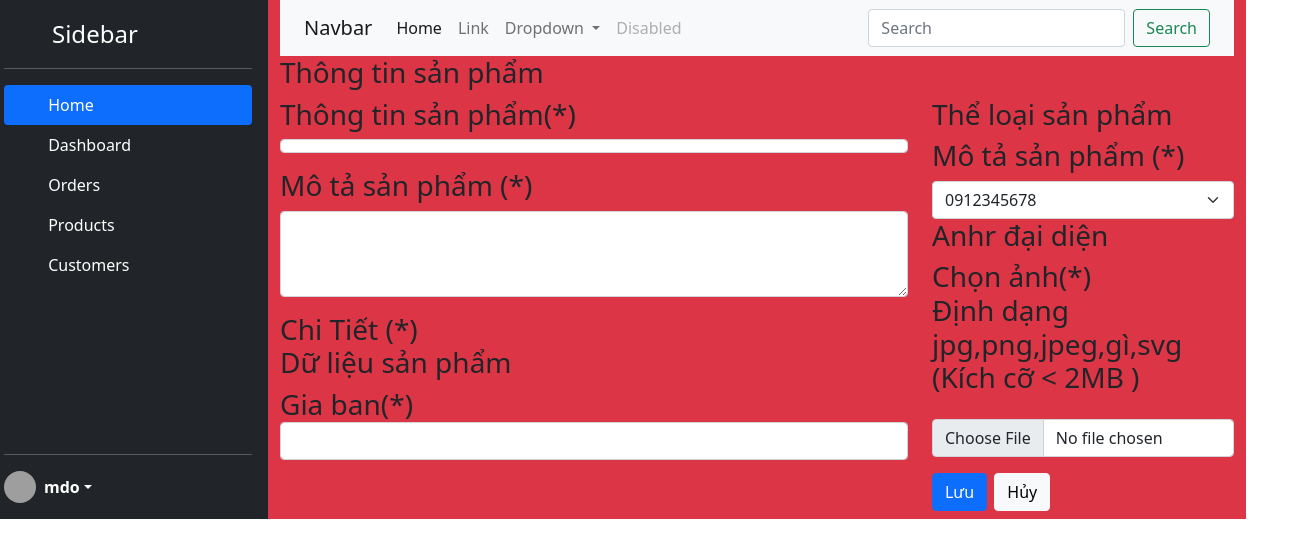
Repository: Lehuyhuynh/BT12-BOOTSTRAP
Page: index.html
The author's editor kept a copy of each file at every save. The page is drawn from the files as they stood at one save, then again after the next save.
The browser window is 1280 px wide. The page is 1292 px wide, so the pictures cover 1292 px, including what lies to the right of the window. The pictures show the whole page.
Pictures or frames that could not be fetched are drawn as grey boxes.

Above is the page before, as saved 2023-08-19 22:56:12.

### index.html
<!DOCTYPE html>
<html lang="en">
<head>
  <link href="https://cdn.jsdelivr.net/npm/bootstrap@5.1.3/dist/css/bootstrap.min.css" rel="stylesheet" integrity="sha384-1BmE4kWBq78iYhFldvKuhfTAU6auU8tT94WrHftjDbrCEXSU1oBoqyl2QvZ6jIW3" crossorigin="anonymous">
  <meta charset="UTF-8">
  <meta name="viewport" content="width=device-width, initial-scale=1.0">
  <title>BT2</title>
</head>
<body>
  <div class="row">
    <div class=" col-3 d-flex flex-column flex-shrink-0 p-3 text-white bg-dark rounded-lg" style="width: 280px;">
      <a href="/" class="d-flex align-items-center mb-3 mb-md-0 me-md-auto text-white text-decoration-none">
        <svg class="bi me-2" width="40" height="32"><use xlink:href="#bootstrap"></use></svg>
        <span class="fs-4">Sidebar</span>
      </a>
      <hr>
      <ul class="nav nav-pills flex-column mb-auto">
        <li class="nav-item">
          <a href="#" class="nav-link active" aria-current="page">
            <svg class="bi me-2" width="16" height="16"><use xlink:href="#home"></use></svg>
            Home
          </a>
        </li>
        <li>
          <a href="#" class="nav-link text-white">
            <svg class="bi me-2" width="16" height="16"><use xlink:href="#speedometer2"></use></svg>
            Dashboard
          </a>
        </li>
        <li>
          <a href="#" class="nav-link text-white">
            <svg class="bi me-2" width="16" height="16"><use xlink:href="#table"></use></svg>
            Orders
          </a>
        </li>
        <li>
          <a href="#" class="nav-link text-white">
            <svg class="bi me-2" width="16" height="16"><use xlink:href="#grid"></use></svg>
            Products
          </a>
        </li>
        <li>
          <a href="#" class="nav-link text-white">
            <svg class="bi me-2" width="16" height="16"><use xlink:href="#people-circle"></use></svg>
            Customers
          </a>
        </li>
      </ul>
      <hr>
      <div class="dropdown">
        <a href="#" class="d-flex align-items-center text-white text-decoration-none dropdown-toggle" id="dropdownUser1" data-bs-toggle="dropdown" aria-expanded="false">
          <img src="https://github.com/mdo.png" alt="" width="32" height="32" class="rounded-circle me-2">
          <strong>mdo</strong>
        </a>
        <ul class="dropdown-menu dropdown-menu-dark text-small shadow" aria-labelledby="dropdownUser1" style="">
          <li><a class="dropdown-item" href="#">New project...</a></li>
          <li><a class="dropdown-item" href="#">Settings</a></li>
          <li><a class="dropdown-item" href="#">Profile</a></li>
          <li><hr class="dropdown-divider"></li>
          <li><a class="dropdown-item" href="#">Sign out</a></li>
        </ul>
      </div>
    </div>
    <div class="main-content bg-danger col-9" >
      <nav class="navbar navbar-expand-lg navbar-light bg-light">
        <div class="container-fluid">
          <a class="navbar-brand" href="#">Navbar</a>
          <button class="navbar-toggler" type="button" data-bs-toggle="collapse" data-bs-target="#navbarSupportedContent" aria-controls="navbarSupportedContent" aria-expanded="false" aria-label="Toggle navigation">
            <span class="navbar-toggler-icon"></span>
          </button>
          <div class="collapse navbar-collapse" id="navbarSupportedContent">
            <ul class="navbar-nav me-auto mb-2 mb-lg-0">
              <li class="nav-item">
                <a class="nav-link active" aria-current="page" href="#">Home</a>
              </li>
              <li class="nav-item">
                <a class="nav-link" href="#">Link</a>
              </li>
              <li class="nav-item dropdown">
                <a class="nav-link dropdown-toggle" href="#" id="navbarDropdown" role="button" data-bs-toggle="dropdown" aria-expanded="false">
                  Dropdown
                </a>
                <ul class="dropdown-menu" aria-labelledby="navbarDropdown">
                  <li><a class="dropdown-item" href="#">Action</a></li>
                  <li><a class="dropdown-item" href="#">Another action</a></li>
                  <li><hr class="dropdown-divider"></li>
                  <li><a class="dropdown-item" href="#">Something else here</a></li>
                </ul>
              </li>
              <li class="nav-item">
                <a class="nav-link disabled" href="#" tabindex="-1" aria-disabled="true">Disabled</a>
              </li>
            </ul>
            <form class="d-flex">
              <input class="form-control me-2" type="search" placeholder="Search" aria-label="Search">
              <button class="btn btn-outline-success" type="submit">Search</button>
            </form>
          </div>
        </div>
      </nav>
      <div class="row">

        <h3>Thông tin sản phẩm<h3>

          <div class="row">
            <div class="more col-8">

              <div class="product">

                <div class="mb-3">
                  <label for="information" class="form-label">Thông tin sản phẩm(*)</label>
                  <table class="form-control" id="information" name="information" rows="3"></table>
                </div>

                <div class="mb-3">
                  <label for="exampleFormControlTextarea1" class="form-label">Mô tả sản phẩm (*)</label>
                  <textarea class="form-control" id="exampleFormControlTextarea1" rows="3"></textarea>
                </div>

                <span>Chi Tiết (*) </span><br>

              </div>

              <div class="data">

                <h3>Dữ liệu sản phẩm</h3>

                <label for="data">Gia ban(*)</label>
                <input class="form-control" type="text" placeholder="" id="data" aria-label="default input example">



              </div>

            </div>

            <div class="category col-4">

              <div class="cate">

              <h3>Thể loại sản phẩm</h3>



                <label for="cate" class="form-label">Mô tả sản phẩm (*)</label>

                <select id="cate" class="form-select" aria-label="Default select example">

                  <option value="1">0912345678</option>
                  <option value="2">0123456789</option>
                  <option value="3">1234567890</option>
                </select>

              </div>

              <div class="img">

                <h3>Anhr đại diện</h3>
                <div class="mb-3">
                  <label for="formFile" class="form-label">Chọn ảnh(*)
                    <p>Định dạng jpg,png,jpeg,gì,svg (Kích cỡ < 2MB )    </p>
                  </label>
                  <input class="form-control" type="file" id="formFile">
                </div>
              </div>

              <button type="button" class="btn btn-primary">Lưu</button>
              <button type="button" class="btn btn-light">Hủy</button>
            </div>
          </div>






      </div>
    </div>


  </div>

  <script src="https://cdn.jsdelivr.net/npm/bootstrap@5.1.3/dist/js/bootstrap.bundle.min.js" integrity="sha384-ka7Sk0Gln4gmtz2MlQnikT1wXgYsOg+OMhuP+IlRH9sENBO0LRn5q+8nbTov4+1p" crossorigin="anonymous"></script>
</body>
</html>

After the next save:
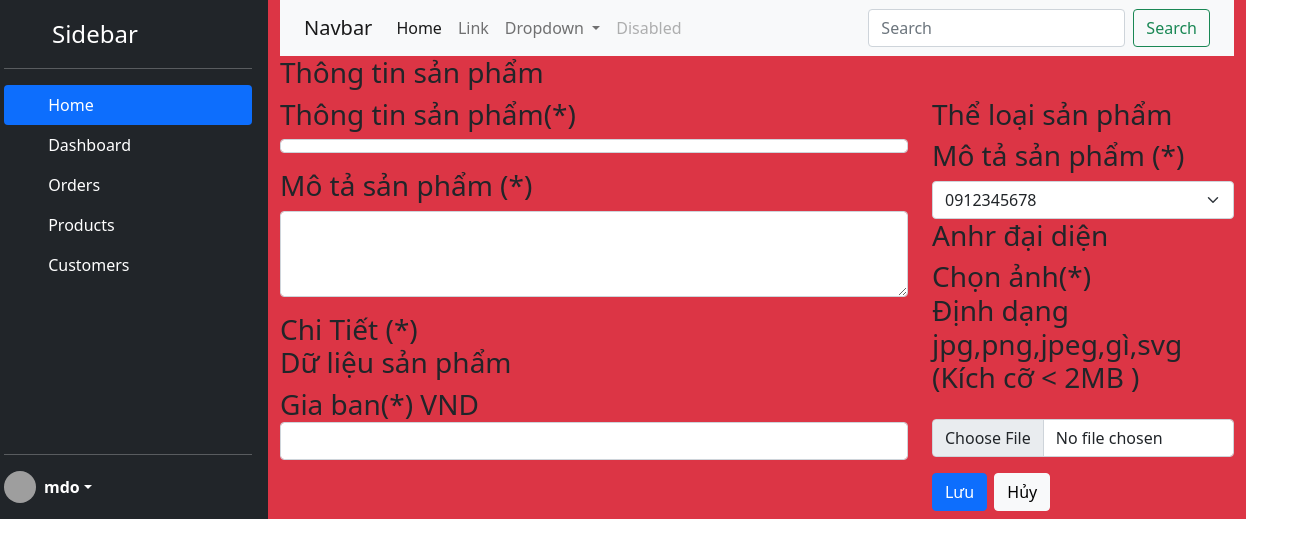
Saved 16 s later.
--- a/index.html
+++ b/index.html
@@ -125,7 +125,7 @@
 
                 <h3>Dữ liệu sản phẩm</h3>
 
-                <label for="data">Gia ban(*)</label>
+                <label for="data">Gia ban(*) VND</label>
                 <input class="form-control" type="text" placeholder="" id="data" aria-label="default input example">
 
 
